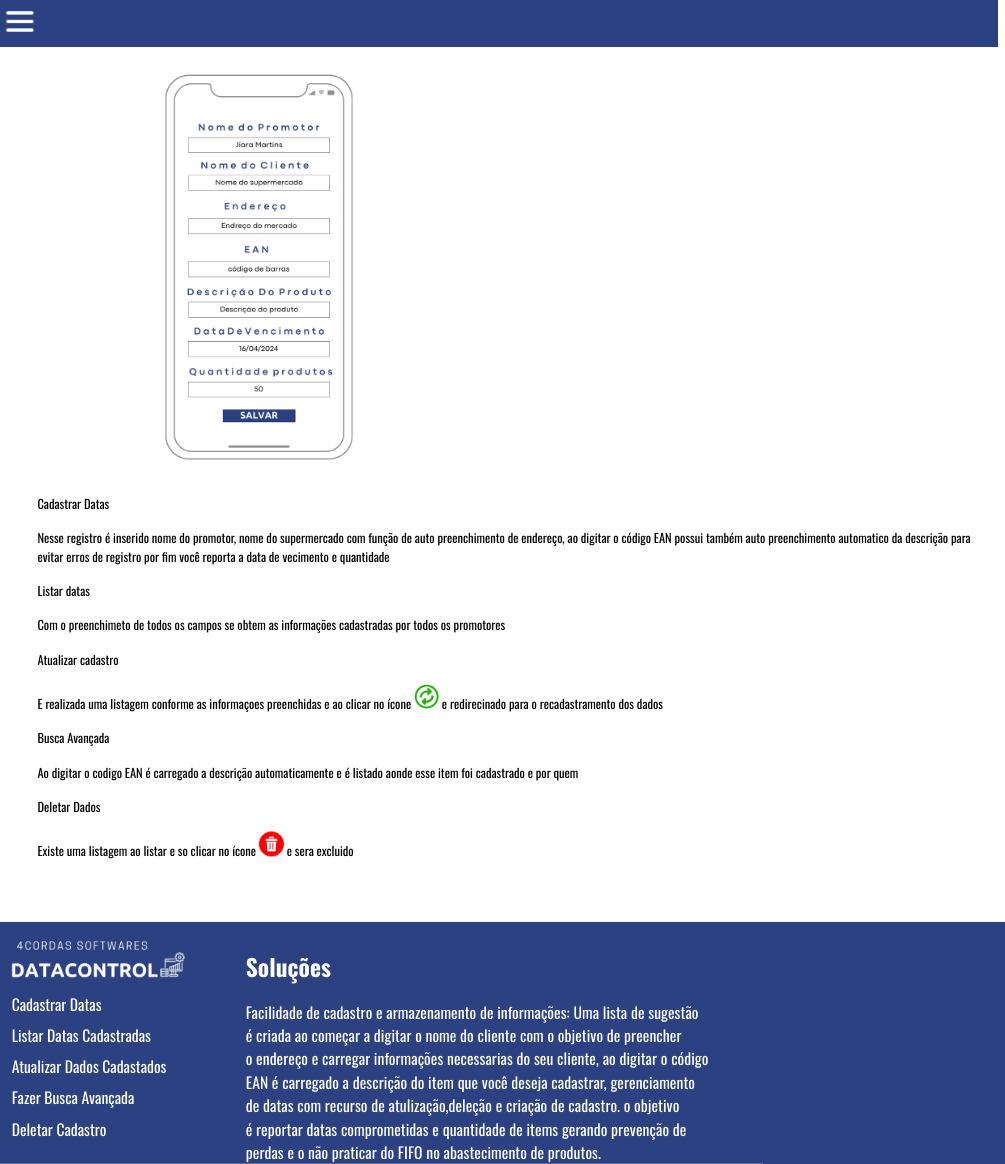
Repository: alfredo-allan/ControleDeDatasFrontEnd
Page: index.html
These files come from the project's save history. The page is drawn as it stood at one moment and after the next save; the edit follows.
The browser window is 1280 px wide. The page is 1289 px wide, so the pictures cover 1289 px, including what lies to the right of the window. The pictures show the whole page, at 78% of full size.

Above is the page before, as saved 2024-04-30 14:31:45.
Console error: TypeError: Cannot read properties of null (reading 'addEventListener')

After the next save:
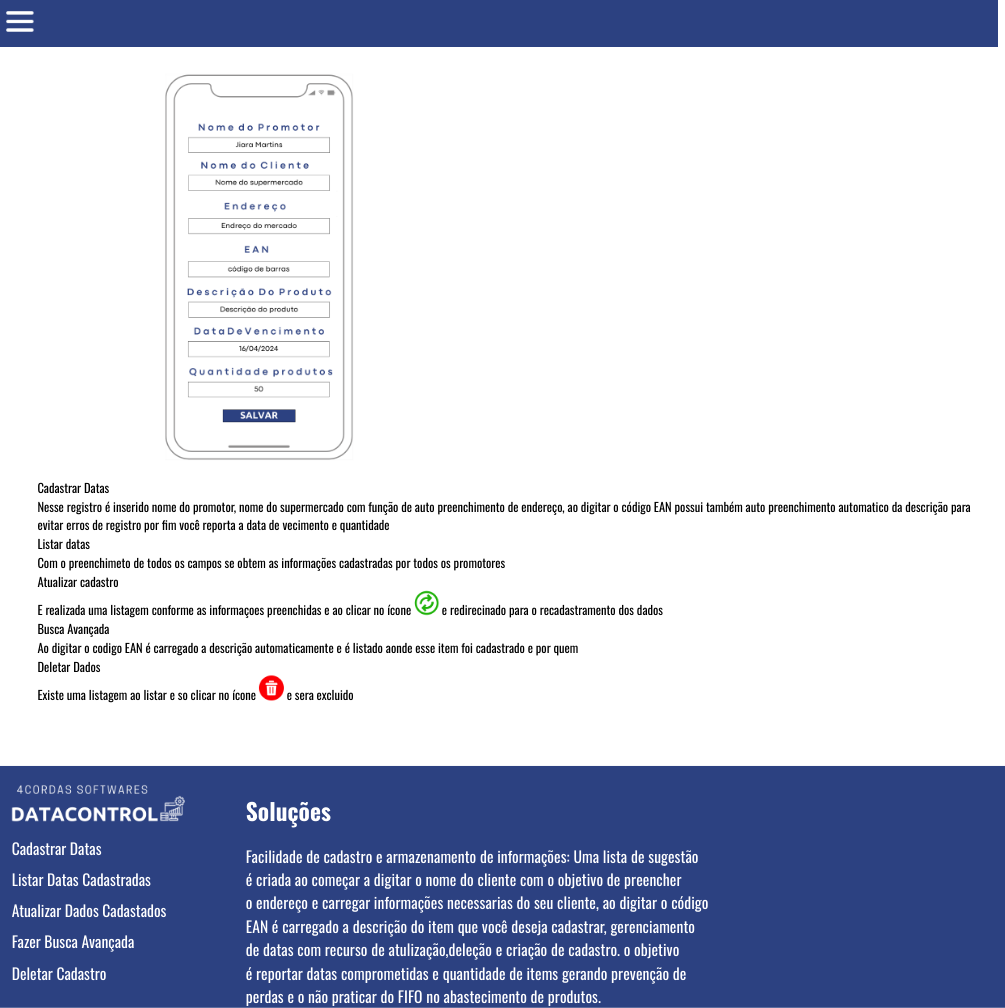
Saved 20 s later.
--- a/style/style.css
+++ b/style/style.css
@@ -449,7 +449,6 @@ button:focus {
     list-style: none;
   }
   span {
-    line-height: 4;
-  }
-
-}
+  }
+
+}
